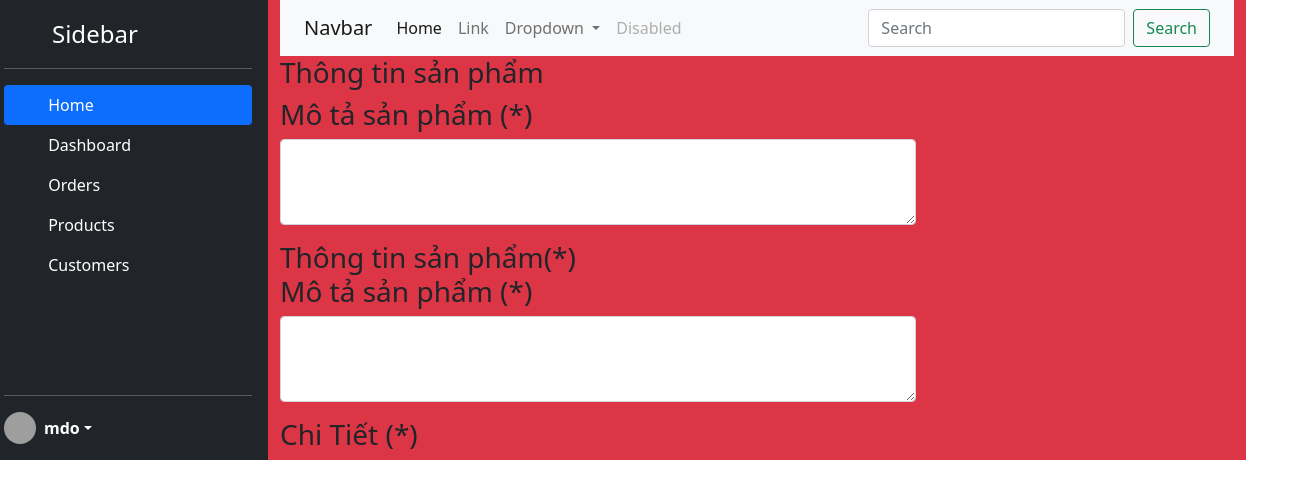
Repository: Lehuyhuynh/BT12-BOOTSTRAP
Page: index.html
These files come from the project's save history. The page is drawn as it stood at one moment and after the next save; the edit follows.
The browser window is 1280 px wide. The page is 1292 px wide, so the pictures cover 1292 px, including what lies to the right of the window. The pictures show the whole page.
Pictures or frames that could not be fetched are drawn as grey boxes.

Above is the page before, as saved 2023-08-19 22:18:12.

### index.html
<!DOCTYPE html>
<html lang="en">
<head>
  <link href="https://cdn.jsdelivr.net/npm/bootstrap@5.1.3/dist/css/bootstrap.min.css" rel="stylesheet" integrity="sha384-1BmE4kWBq78iYhFldvKuhfTAU6auU8tT94WrHftjDbrCEXSU1oBoqyl2QvZ6jIW3" crossorigin="anonymous">
  <meta charset="UTF-8">
  <meta name="viewport" content="width=device-width, initial-scale=1.0">
  <title>BT2</title>
</head>
<body>
  <div class="row">
    <div class=" col-3 d-flex flex-column flex-shrink-0 p-3 text-white bg-dark rounded-lg" style="width: 280px;">
      <a href="/" class="d-flex align-items-center mb-3 mb-md-0 me-md-auto text-white text-decoration-none">
        <svg class="bi me-2" width="40" height="32"><use xlink:href="#bootstrap"></use></svg>
        <span class="fs-4">Sidebar</span>
      </a>
      <hr>
      <ul class="nav nav-pills flex-column mb-auto">
        <li class="nav-item">
          <a href="#" class="nav-link active" aria-current="page">
            <svg class="bi me-2" width="16" height="16"><use xlink:href="#home"></use></svg>
            Home
          </a>
        </li>
        <li>
          <a href="#" class="nav-link text-white">
            <svg class="bi me-2" width="16" height="16"><use xlink:href="#speedometer2"></use></svg>
            Dashboard
          </a>
        </li>
        <li>
          <a href="#" class="nav-link text-white">
            <svg class="bi me-2" width="16" height="16"><use xlink:href="#table"></use></svg>
            Orders
          </a>
        </li>
        <li>
          <a href="#" class="nav-link text-white">
            <svg class="bi me-2" width="16" height="16"><use xlink:href="#grid"></use></svg>
            Products
          </a>
        </li>
        <li>
          <a href="#" class="nav-link text-white">
            <svg class="bi me-2" width="16" height="16"><use xlink:href="#people-circle"></use></svg>
            Customers
          </a>
        </li>
      </ul>
      <hr>
      <div class="dropdown">
        <a href="#" class="d-flex align-items-center text-white text-decoration-none dropdown-toggle" id="dropdownUser1" data-bs-toggle="dropdown" aria-expanded="false">
          <img src="https://github.com/mdo.png" alt="" width="32" height="32" class="rounded-circle me-2">
          <strong>mdo</strong>
        </a>
        <ul class="dropdown-menu dropdown-menu-dark text-small shadow" aria-labelledby="dropdownUser1" style="">
          <li><a class="dropdown-item" href="#">New project...</a></li>
          <li><a class="dropdown-item" href="#">Settings</a></li>
          <li><a class="dropdown-item" href="#">Profile</a></li>
          <li><hr class="dropdown-divider"></li>
          <li><a class="dropdown-item" href="#">Sign out</a></li>
        </ul>
      </div>
    </div>
    <div class="main-content bg-danger col-9" >
      <nav class="navbar navbar-expand-lg navbar-light bg-light">
        <div class="container-fluid">
          <a class="navbar-brand" href="#">Navbar</a>
          <button class="navbar-toggler" type="button" data-bs-toggle="collapse" data-bs-target="#navbarSupportedContent" aria-controls="navbarSupportedContent" aria-expanded="false" aria-label="Toggle navigation">
            <span class="navbar-toggler-icon"></span>
          </button>
          <div class="collapse navbar-collapse" id="navbarSupportedContent">
            <ul class="navbar-nav me-auto mb-2 mb-lg-0">
              <li class="nav-item">
                <a class="nav-link active" aria-current="page" href="#">Home</a>
              </li>
              <li class="nav-item">
                <a class="nav-link" href="#">Link</a>
              </li>
              <li class="nav-item dropdown">
                <a class="nav-link dropdown-toggle" href="#" id="navbarDropdown" role="button" data-bs-toggle="dropdown" aria-expanded="false">
                  Dropdown
                </a>
                <ul class="dropdown-menu" aria-labelledby="navbarDropdown">
                  <li><a class="dropdown-item" href="#">Action</a></li>
                  <li><a class="dropdown-item" href="#">Another action</a></li>
                  <li><hr class="dropdown-divider"></li>
                  <li><a class="dropdown-item" href="#">Something else here</a></li>
                </ul>
              </li>
              <li class="nav-item">
                <a class="nav-link disabled" href="#" tabindex="-1" aria-disabled="true">Disabled</a>
              </li>
            </ul>
            <form class="d-flex">
              <input class="form-control me-2" type="search" placeholder="Search" aria-label="Search">
              <button class="btn btn-outline-success" type="submit">Search</button>
            </form>
          </div>
        </div>
      </nav>
      <div class="row">

        <h3>Thông tin sản phẩm<h3>

          <div class="more col-8">

            <div class="product">

              <div class="mb-3">
                <label for="exampleFormControlTextarea1" class="form-label">Mô tả sản phẩm (*)</label>
                <textarea class="form-control" id="exampleFormControlTextarea1" rows="3"></textarea>
              </div>

              <span>Thông tin sản phẩm(*)</span><br>

              <div class="mb-3">
                <label for="exampleFormControlTextarea1" class="form-label">Mô tả sản phẩm (*)</label>
                <textarea class="form-control" id="exampleFormControlTextarea1" rows="3"></textarea>
              </div>

              <span>Chi Tiết (*) </span><br>

            </div>

            <div class="data">

            </div>

          </div>

          <div class="category col-4"></div>






      </div>
    </div>


  </div>

  <script src="https://cdn.jsdelivr.net/npm/bootstrap@5.1.3/dist/js/bootstrap.bundle.min.js" integrity="sha384-ka7Sk0Gln4gmtz2MlQnikT1wXgYsOg+OMhuP+IlRH9sENBO0LRn5q+8nbTov4+1p" crossorigin="anonymous"></script>
</body>
</html>

After the next save:
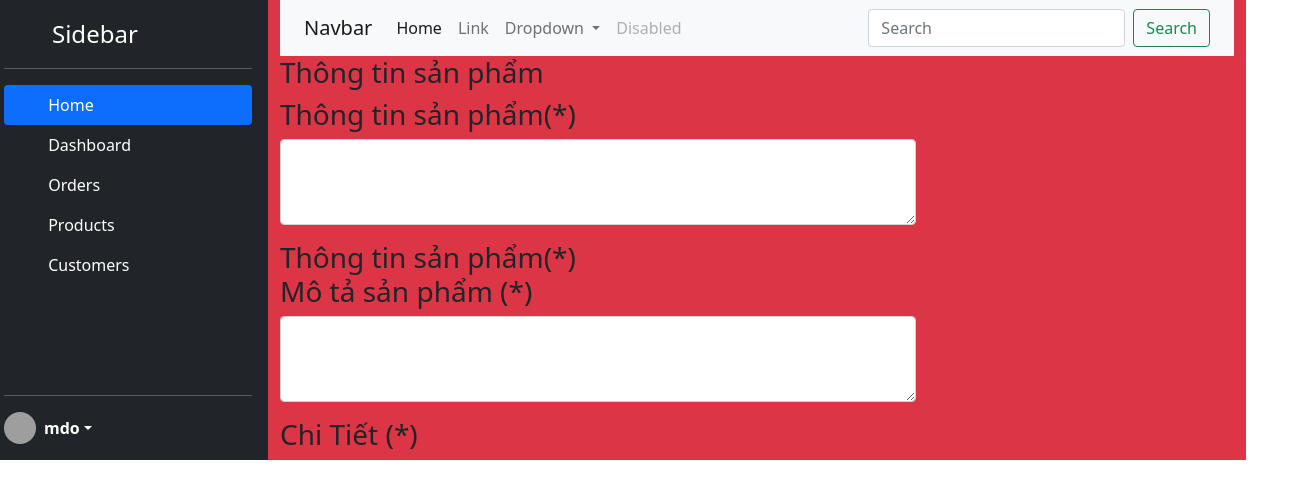
Saved 18 s later.
--- a/index.html
+++ b/index.html
@@ -107,7 +107,7 @@
             <div class="product">
 
               <div class="mb-3">
-                <label for="exampleFormControlTextarea1" class="form-label">Mô tả sản phẩm (*)</label>
+                <label for="exampleFormControlTextarea1" class="form-label">Thông tin sản phẩm(*)</label>
                 <textarea class="form-control" id="exampleFormControlTextarea1" rows="3"></textarea>
               </div>
 
